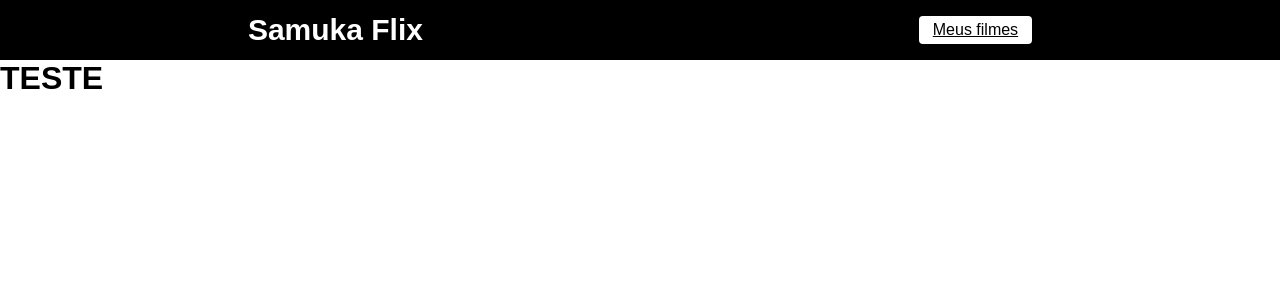
Repository: devsamuel23/primeflix_git
Page: /favoritos
An editor plug-in stored every save of this project. The page is shown before and after the next save, followed by the edit.
The browser window is 1280 px wide. The pictures show the whole page.
The project was rebuilt for these pictures with package versions that can differ from the ones it lists, and the page was loaded fresh each time. Also part of the build but not shown: src/pages/Home/home.css, src/pages/Home/index.js, src/pages/Filme/index.js.

Above is the page before, as saved 2023-05-19 23:35:37.

After the next save:
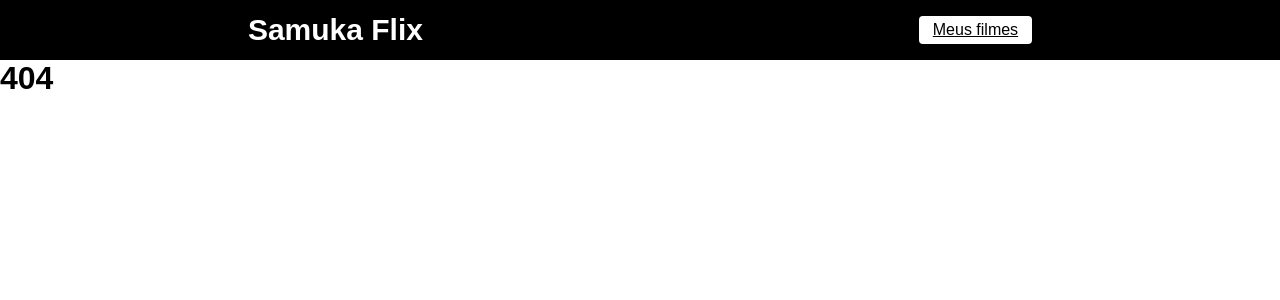
Saved 14 s later.
--- a/src/pages/Erro/index.js
+++ b/src/pages/Erro/index.js
@@ -2,7 +2,7 @@
 function Erro(){
     return(
         <div className="not-found">
-            <h1>TESTE</h1>
+            <h1>404</h1>
         </div>
     )
 }
